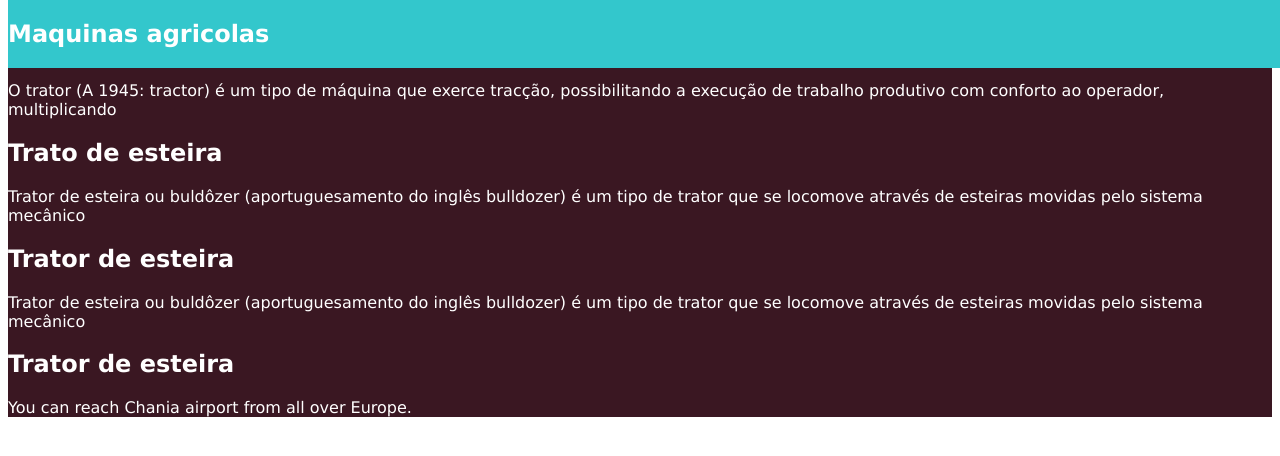
Repository: ecrseer/pesquisa-carros-html
Page: news.html
An editor plug-in stored every save of this project. The page is shown before and after a run of saves, followed by the edit.
The browser window is 1280 px wide. The pictures show the whole page.

Above is the page before, as saved 2022-01-21 16:22:25.

### news.html
<!doctype html>

<html lang="pt-br">
  <html lang="pt-br">
    <head>
        <meta charset="UTF-8"/>
        <meta name="viewport" content="width=device-width,
        initial-scale=1.0"/>
        <meta http-equiv="X-UA-Compatible" content="ie=edge">
        <title>Vendarro LTDA</title>

  <link rel="stylesheet" href="news.css">

</head>

<body>
    <nav class="header">
        <h1>Maquinas agricolas</h1>

      </nav>
      <div class ="resto">
        <div class="row">


          <div class="col-6 col-s-9">
            <h1>Trator</h1>
            <p>O trator (A 1945: tractor) é um tipo de máquina que exerce tracção, possibilitando a execução de trabalho produtivo com conforto ao operador, multiplicando </p>
          </div>

          <div class="col-3 col-s-12">
            <div class="aside">
              <h2>Trato de esteira</h2>
              <p>Trator de esteira ou buldôzer (aportuguesamento do inglês bulldozer) é um tipo de trator que se locomove através de esteiras movidas pelo sistema mecânico</p>
              <h2>Trator de esteira</h2>
              <p>Trator de esteira ou buldôzer (aportuguesamento do inglês bulldozer) é um tipo de trator que se locomove através de esteiras movidas pelo sistema mecânico</p>
              <h2>Trator de esteira</h2>
              <p>You can reach Chania airport from all over Europe.</p>

            </div>
          </div>

        </div>


      </div>

  <script src="scripts.js"></script>

</body>
</html>

### news.css
* {
    box-sizing: border-box;
    color:white;
  }

  html {
    font-family: "Lucida Sans", sans-serif;
  }

  .header {
    background-color: #33c7cc;
    position: fixed;
    top:0;
    width: 100%;
    max-height: 21vh;
  }
  .resto{
      background-color: #3a1722;
  }

### scripts.js
function recurs(nmbr){

    if (nmbr==1)
    return 1;
    else
    arr.push(3*recurs(nmbr-1));
}

let
    isWhite = false,
    arr=[];
    let
    fixo=new Array(5);

    fixo[0]='E';
    fixo[4]='S';
    console.log(fixo);


function changeTheme(){
    isWhite ? document.querySelector("body").style.backgroundColor='#010101' :
    document.querySelector("body").style.backgroundColor='#fff';

    isWhite= !isWhite;

    function hapn(){
        console.log('data');
    }

    console.log(arr);
}

After the next 2 saves:
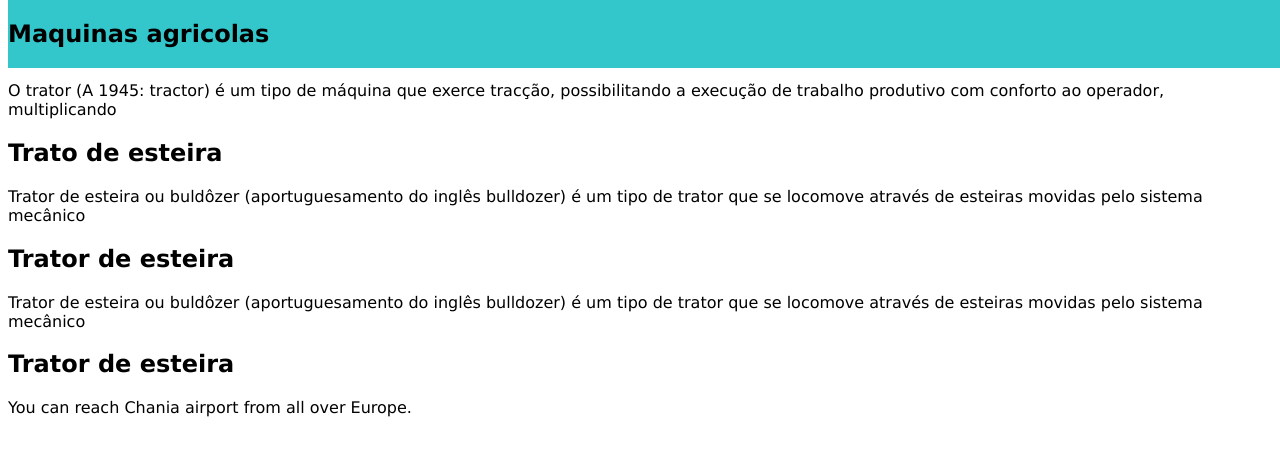
The 2 saves are shown as one change because they came seconds apart.
The last was saved 9 s later.
--- a/news.css
+++ b/news.css
@@ -1,6 +1,5 @@
 * {
     box-sizing: border-box;
-    color:white;
   }
 
   html {
@@ -14,6 +13,3 @@
     width: 100%;
     max-height: 21vh;
   }
-  .resto{
-      background-color: #3a1722;
-  }
